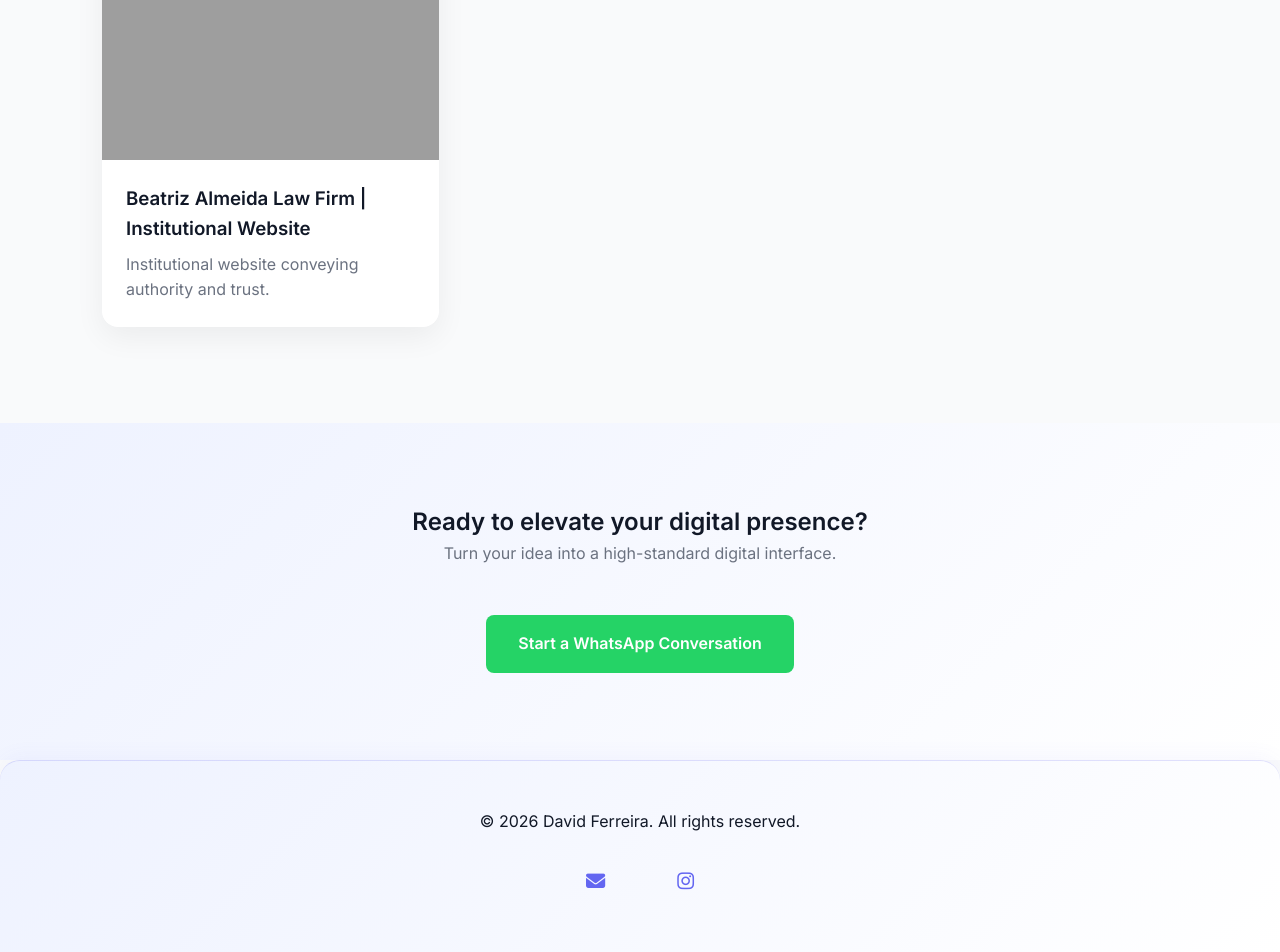
Repository: davidfsillva/David_Ferreira
Page: index.html
These files come from the project's save history. The page is drawn as it stood at one moment and after a run of saves; the edit follows.
The browser window is 1280 px wide. The pictures show the part of the page from y = 1958 to 2910 px (the page is 2910 px tall).
Pictures or frames that could not be fetched are drawn as grey boxes.

Above is the page before, as saved 2026-02-11 15:52:26.
Console error: TypeError: Cannot read properties of null (reading 'addEventListener')

After the next 3 saves:
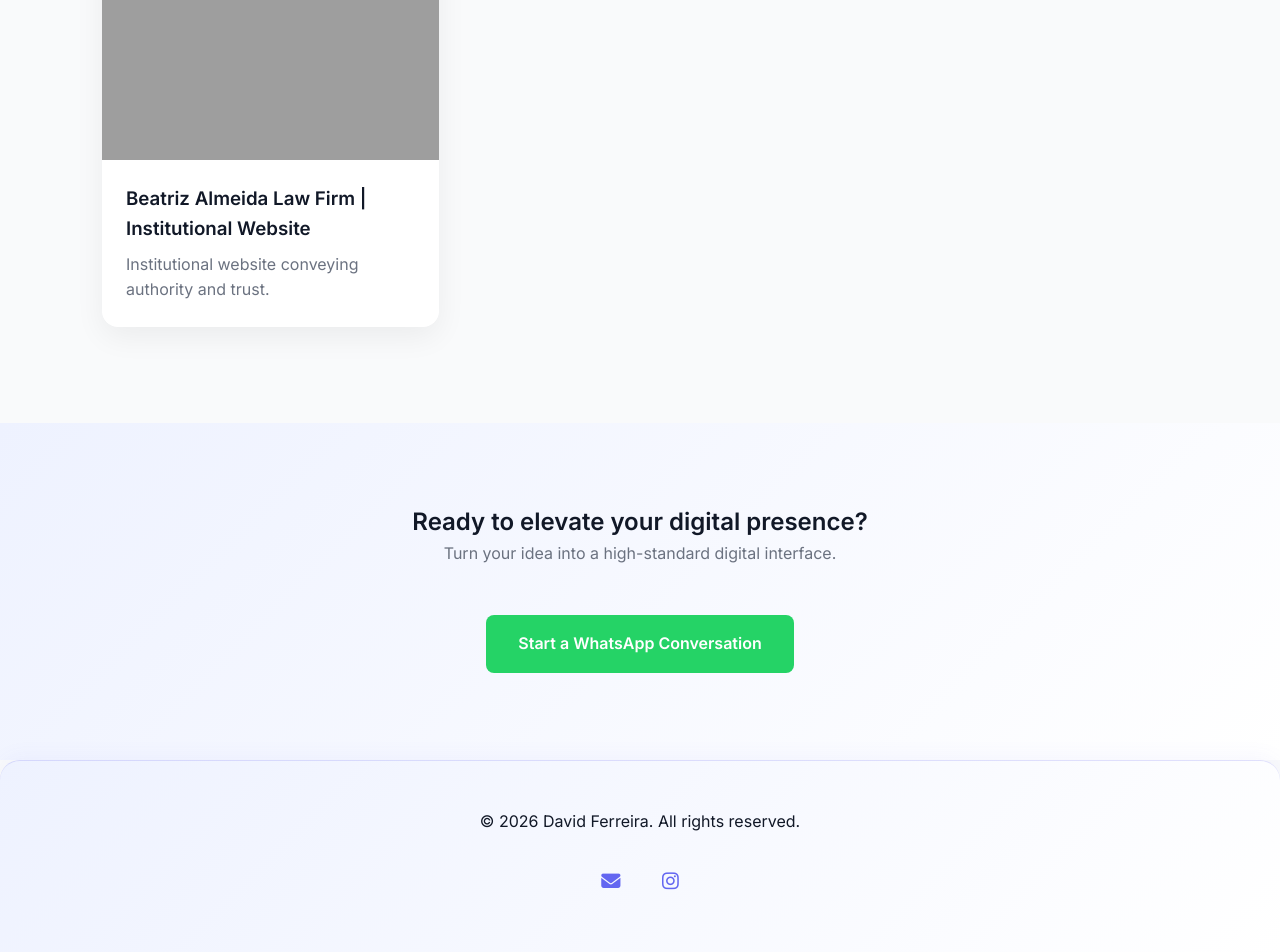
The 3 saves are shown as one change because they came seconds apart.
The last was saved 13 s later.
--- a/style.css
+++ b/style.css
@@ -435,7 +435,7 @@ footer {
 
 .social-links {
   display: flex;
-  gap: 2.9rem; /* distância entre ícones */
+  gap: 1rem; /* distância entre ícones */
 }
 
 .social-links a {
